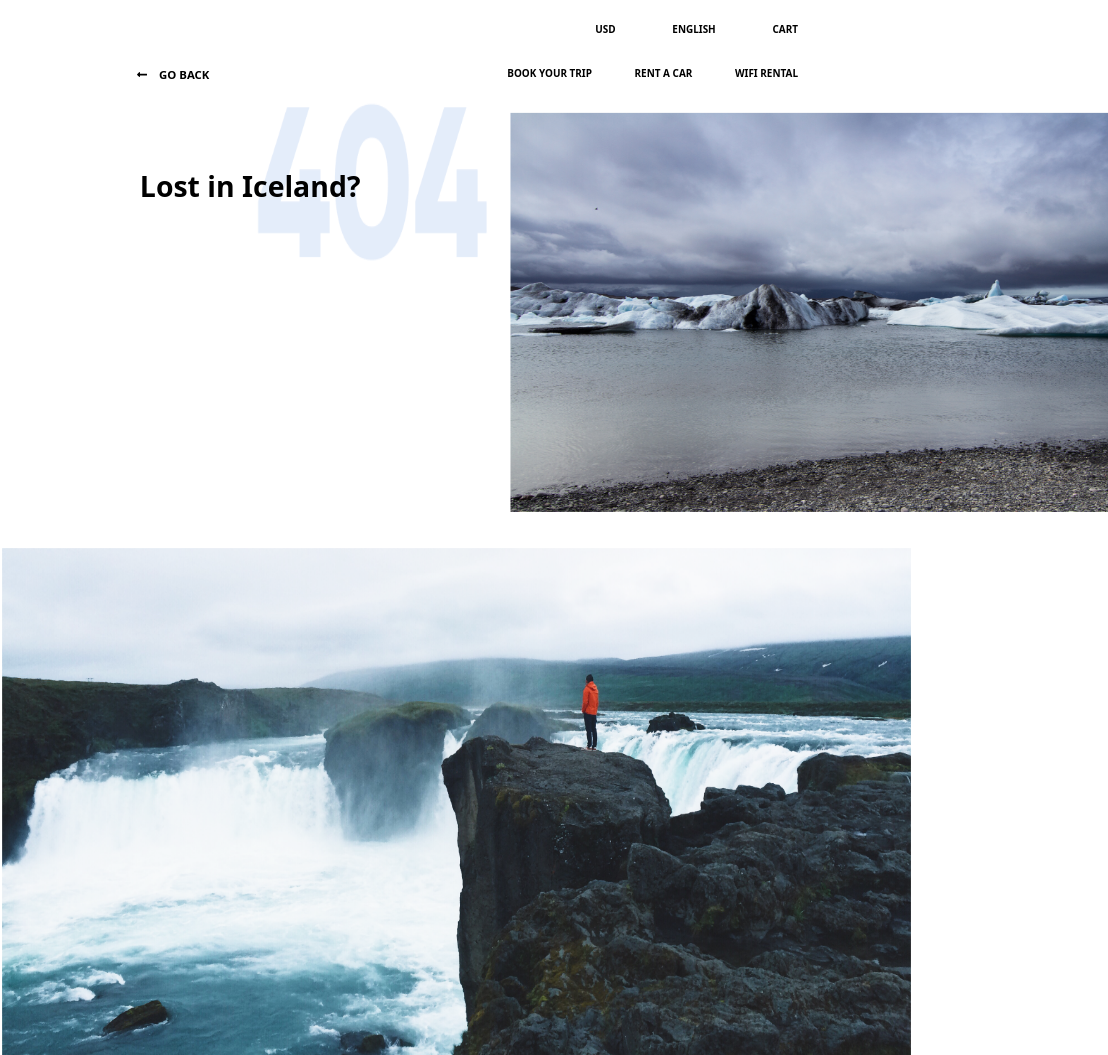
Repository: uh-sman/Iceland
Page: /
An editor plug-in stored every save of this project. The page is shown before and after the next save, followed by the edit.
The browser window is 1280 px wide. The page is 1561 px wide, so the pictures cover 1561 px, including what lies to the right of the window. The pictures show the whole page, at 71% of full size.
The project was rebuilt for these pictures with package versions that can differ from the ones it lists, and the page was loaded fresh each time.

Above is the page before, as saved 2022-09-08 22:26:30.

After the next save:
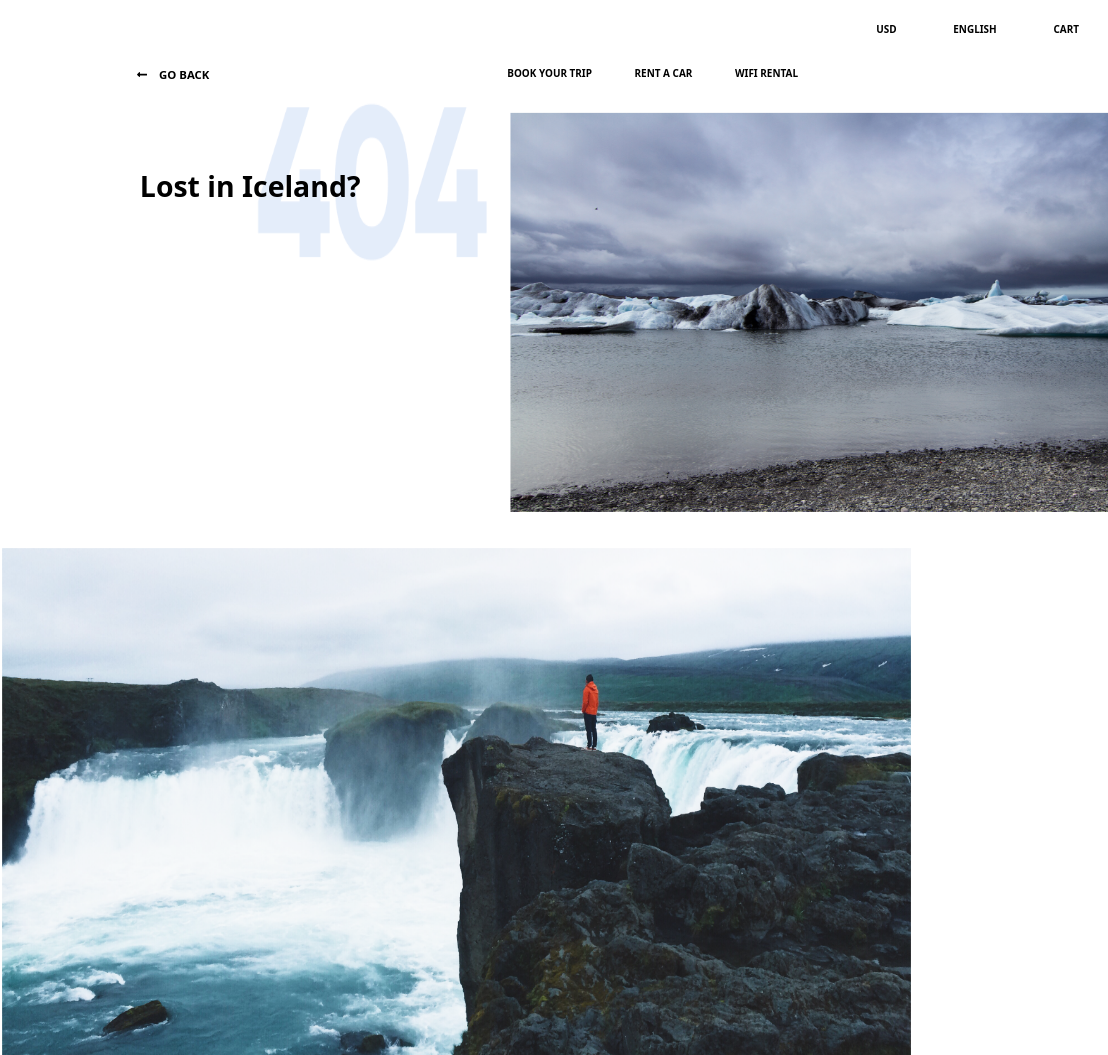
Saved 43 s later.
--- a/src/components/Topnav.js
+++ b/src/components/Topnav.js
@@ -3,7 +3,7 @@ import React from "react";
 export const Topnav = () => {
   return (
     <div className="container w-full py-[31px]">
-      <nav className="absolute right-[156px]">
+      <nav className="absolute left-[1234px]">
         <ul className="space-x-20 text-sm font-semibold">
           <a href="">USD</a>
           <a href="">ENGLISH</a>
